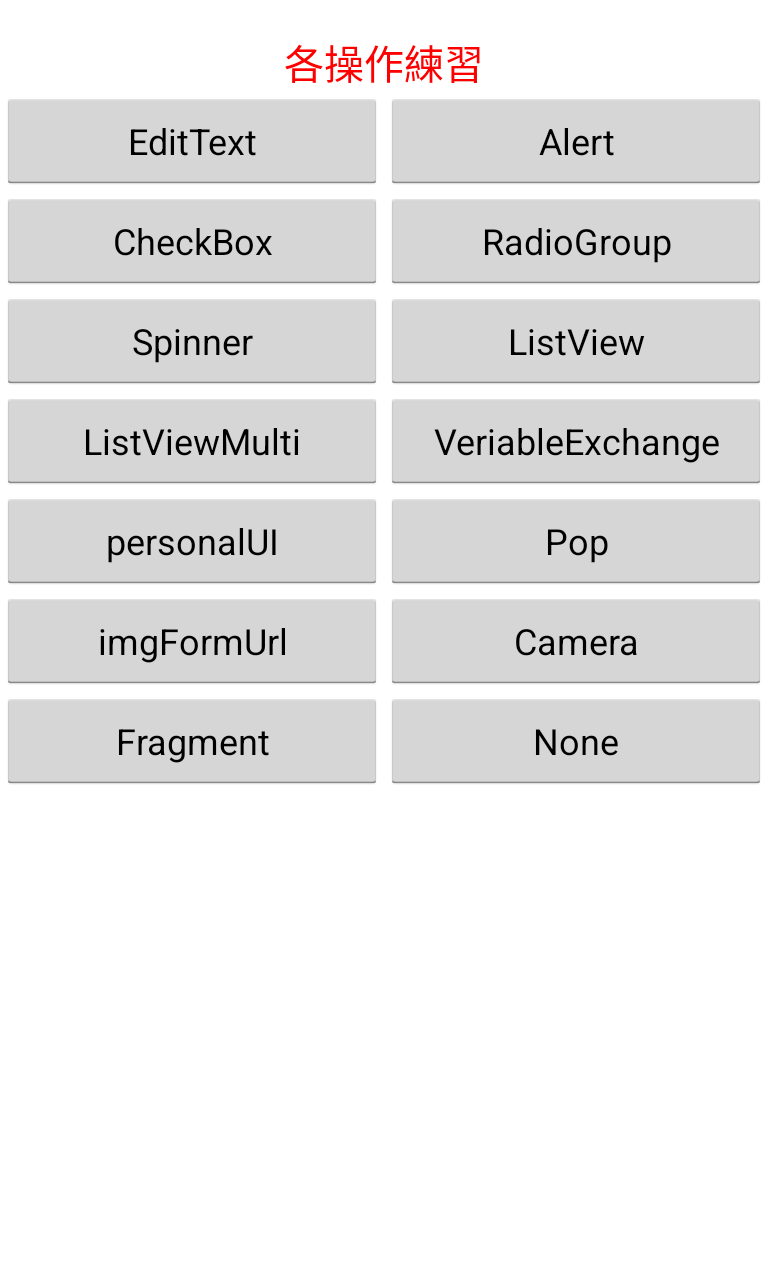
Repository: NTUSTCMAPP/cmapp
Layout: Test/Test/res/layout/activity_main.xml
These files come from the project's save history. The layout is drawn as it stood at one moment and after the next save; the edit follows.
It is drawn on a 768 x 1280 px phone screen (xhdpi) without system bars, with theme AppTheme; the app's code is not run. The app's manifest (not shown) leaves right-to-left support off. So textAlignment, textDirection and layoutDirection are ignored, and left and right values win over start and end ones.

Above is the layout before, as saved 2015-04-25 04:23:14.

After the next save:
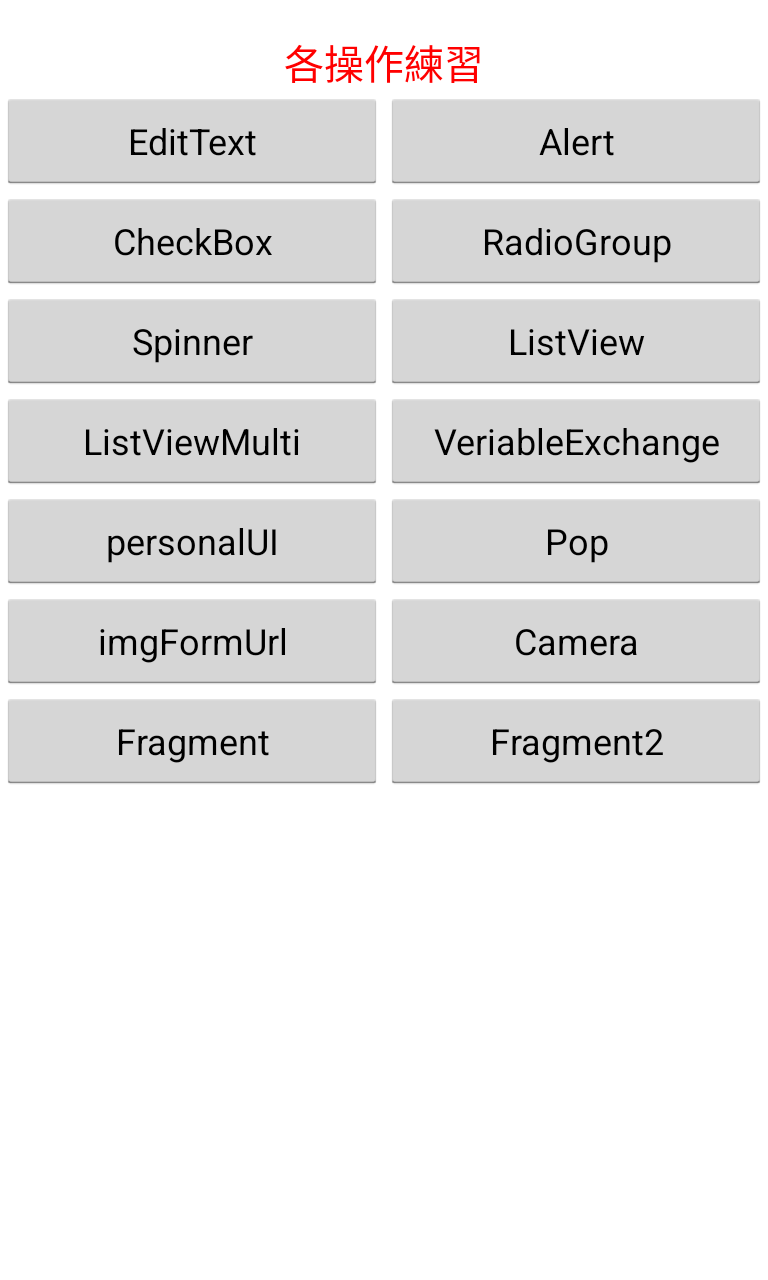
Saved 25 h 37 min later.
--- a/Test/Test/res/layout/activity_main.xml
+++ b/Test/Test/res/layout/activity_main.xml
@@ -195,12 +195,12 @@
 	        android:text="Fragment" />
 
 	    <Button
-	        android:id="@+id/None"
+	        android:id="@+id/Fragment2"
 	        android:layout_width="0dp"
 	        android:layout_height="50dp"
 	        android:layout_toRightOf="@+id/fragment"
 	        android:layout_weight="1"
-	        android:text="None" />
+	        android:text="Fragment2" />
 	</LinearLayout>
 
 </RelativeLayout>
